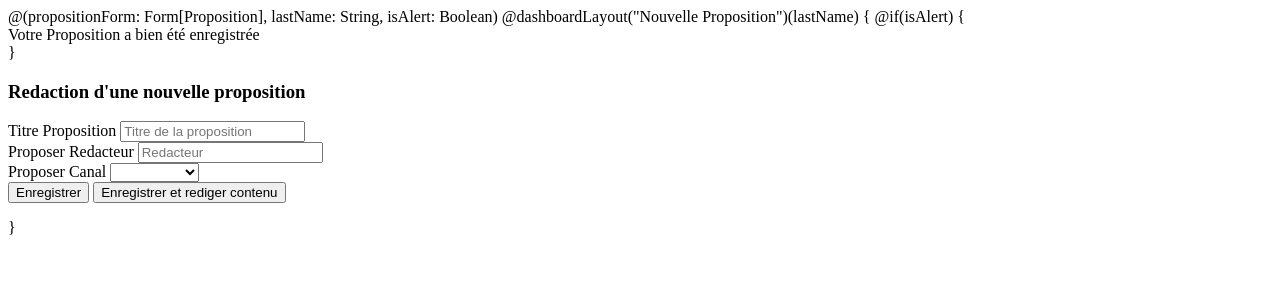
Repository: spirale-software/labo_master
Page: Application/oneDotCom/app/views/proposalForm.scala.html
These files come from the project's save history. The page is drawn as it stood at one moment and after the next save; the edit follows.
The browser window is 1280 px wide. The pictures show the whole page.

Above is the page before, as saved 2017-03-27 15:41:00.

After the next save:
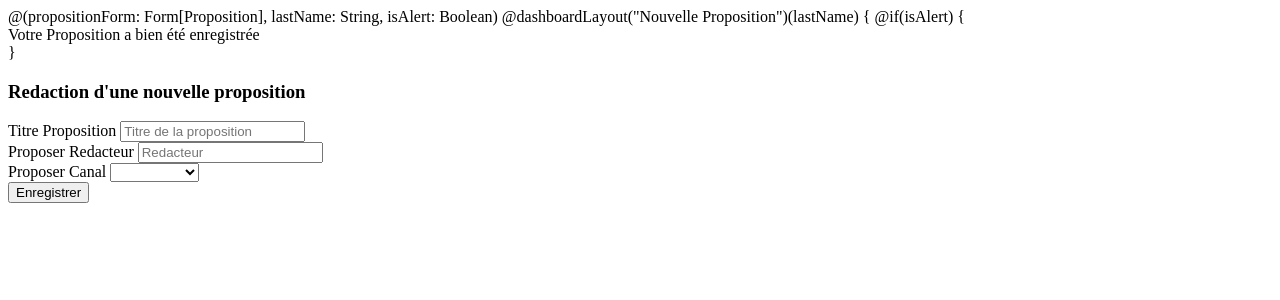
Saved 54 s later.
--- a/Application/oneDotCom/app/views/proposalForm.scala.html
+++ b/Application/oneDotCom/app/views/proposalForm.scala.html
@@ -36,8 +36,8 @@
                         </div>
 
                         <div>
-                            <button type="submit" class="btn btn-primary">Enregistrer</button>
-                            <button type="submit" class="btn btn-primary">Enregistrer et rediger contenu</button>
+                            <button type="submit" class="btn btn-primary" id="save">Enregistrer</button>
+                            <button type="submit" class="btn btn-primary" id="saveAndRedact>Enregistrer et rediger contenu</button>
                         </div>
                     </div>
                 </form>

After the save that followed:
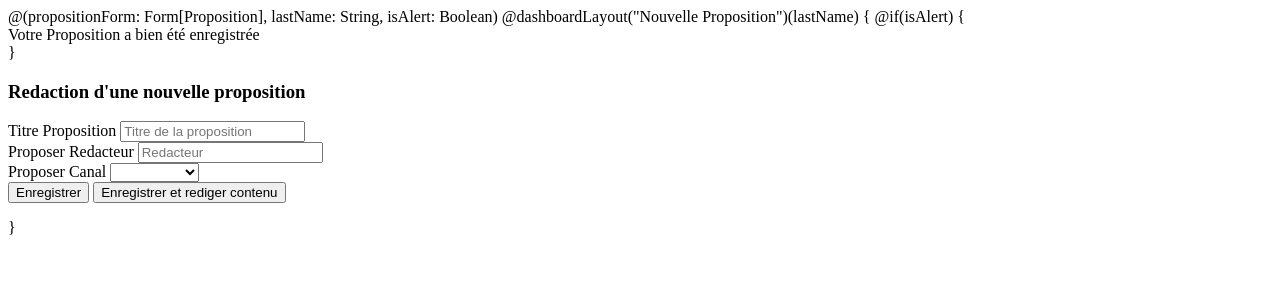
Saved 20 s later.
--- a/Application/oneDotCom/app/views/proposalForm.scala.html
+++ b/Application/oneDotCom/app/views/proposalForm.scala.html
@@ -37,7 +37,7 @@
 
                         <div>
                             <button type="submit" class="btn btn-primary" id="save">Enregistrer</button>
-                            <button type="submit" class="btn btn-primary" id="saveAndRedact>Enregistrer et rediger contenu</button>
+                            <button type="submit" class="btn btn-primary" id="saveAndRedact">Enregistrer et rediger contenu</button>
                         </div>
                     </div>
                 </form>
